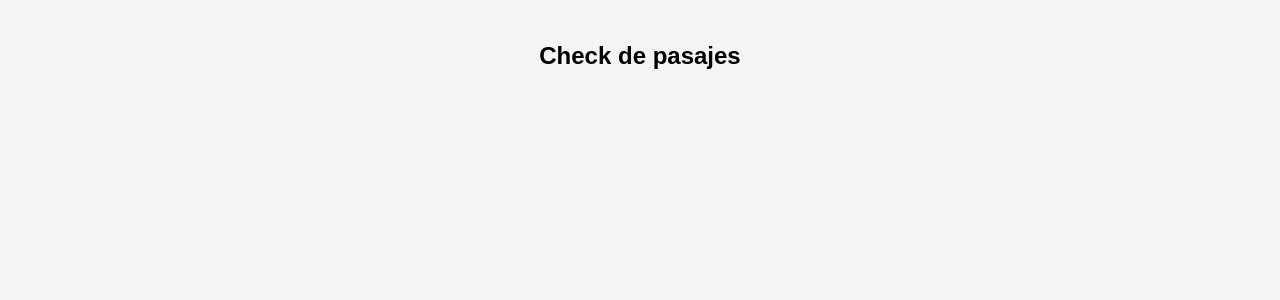
Repository: francoluca35/appcolectivos
Page: /checkpass
The author's editor kept a copy of each file at every save. The page is drawn from the files as they stood at one save, then again after the next save.
The browser window is 1280 px wide. The pictures show the whole page.
The page's requests for data from a server got no answer. The project was rebuilt for these pictures with package versions that can differ from the ones it lists, and the page was loaded fresh each time. The framework's server and built-in components were replaced by stand-ins that run in the browser. No one was signed in, and anything a server would have sent is missing. Also part of the build but not shown: next.config.mjs.

Above is the page before, as saved 2025-03-28 14:57:28.

After the next save:
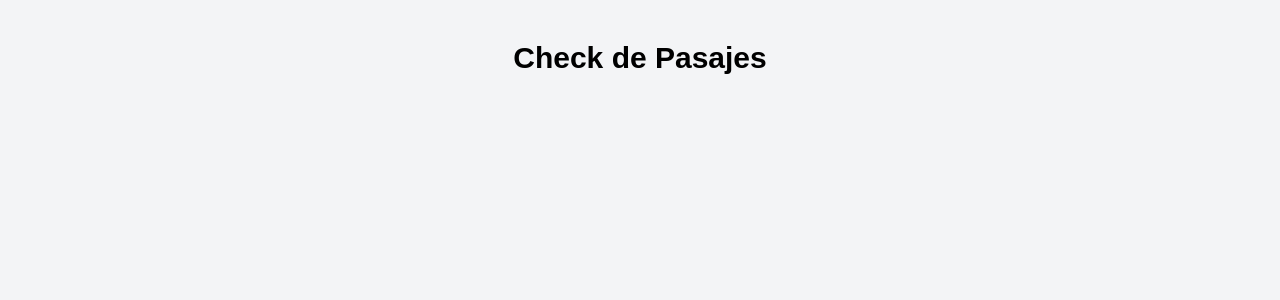
Saved 2 min 47 s later.
--- a/src/app/checkpass/page.js
+++ b/src/app/checkpass/page.js
@@ -1,33 +1,65 @@
 'use client';
-import React from 'react';
+import React, { useState } from 'react';
 import useCheckPass from '@/hooks/useCheckPass';
-import { UserIcon } from 'lucide-react';
 
-function CheckPass() {
+export default function CheckPass() {
   const { pasajeros, loading } = useCheckPass();
+  const [selected, setSelected] = useState(null);
 
   if (loading) return <p className="text-center text-gray-500 mt-10">Cargando pasajeros...</p>;
 
+  // Agrupar pasajeros por destino
+  const agrupados = pasajeros.reduce((acc, pasajero) => {
+    const destino = pasajero.destino || "Sin destino";
+    if (!acc[destino]) acc[destino] = [];
+    acc[destino].push(pasajero);
+    return acc;
+  }, {});
+
   return (
     <div className="min-h-screen bg-gray-100 py-10 px-4">
-      <h1 className="text-2xl font-bold text-center mb-6 text-black">Check de pasajes</h1>
-      <div className="grid grid-cols-1 md:grid-cols-2 lg:grid-cols-3 gap-4">
-        {pasajeros.map((item, i) => (
-          <div key={i} className="bg-white text-black rounded-lg shadow p-4 flex flex-col gap-2">
-            <div className="flex items-center gap-2 font-semibold text-black">
-              <UserIcon size={20} /> {item.nombreCompleto || "Nombre no disponible"}
+      <h1 className="text-3xl font-bold text-center mb-8 text-black">Check de Pasajes</h1>
+
+      {/* Agrupados por destino */}
+      {Object.entries(agrupados).map(([destino, grupo]) => (
+        <div key={destino} className="mb-10">
+          <h2 className="text-xl font-bold mb-4 text-blue-700">{destino}</h2>
+          <ul className="bg-white rounded-lg shadow divide-y divide-gray-200">
+            {grupo.map((p) => (
+              <li
+                key={p.id}
+                onClick={() => setSelected(p)}
+                className="px-4 py-3 hover:bg-blue-50 cursor-pointer flex justify-between text-black"
+              >
+                <span><strong>{p.nombreCompleto}</strong></span>
+                <span>{p.dni}</span>
+              </li>
+            ))}
+          </ul>
+        </div>
+      ))}
+
+      {/* Modal */}
+      {selected && (
+        <div className="fixed inset-0 bg-black/40 backdrop-blur-sm z-50 flex items-center justify-center px-4">
+          <div className="bg-white rounded-lg p-6 w-full max-w-md shadow-lg animate-fadeIn">
+            <h3 className="text-xl font-bold mb-4 text-center text-gray-800">Detalles del Pasajero</h3>
+            <div className="space-y-2 text-gray-700 text-sm">
+              {Object.entries(selected).map(([key, value]) => (
+                <p key={key}><strong>{key}:</strong> {String(value)}</p>
+              ))}
             </div>
-            <p><strong>Id:</strong> {item.id}</p>
-            <p><strong>Email:</strong> {item.correo}</p>
-            <p><strong>Destino:</strong> {item.destino}</p>
-            <p><strong>Fecha:</strong> {item.fechaViaje}</p>
-            <p><strong>Cantidad:</strong> {item.cantidad}</p>
-
+            <div className="text-center mt-6">
+              <button
+                onClick={() => setSelected(null)}
+                className="bg-blue-600 text-white px-4 py-2 rounded hover:bg-blue-700 transition"
+              >
+                Cerrar
+              </button>
+            </div>
           </div>
-        ))}
-      </div>
+        </div>
+      )}
     </div>
   );
 }
-
-export default CheckPass;
